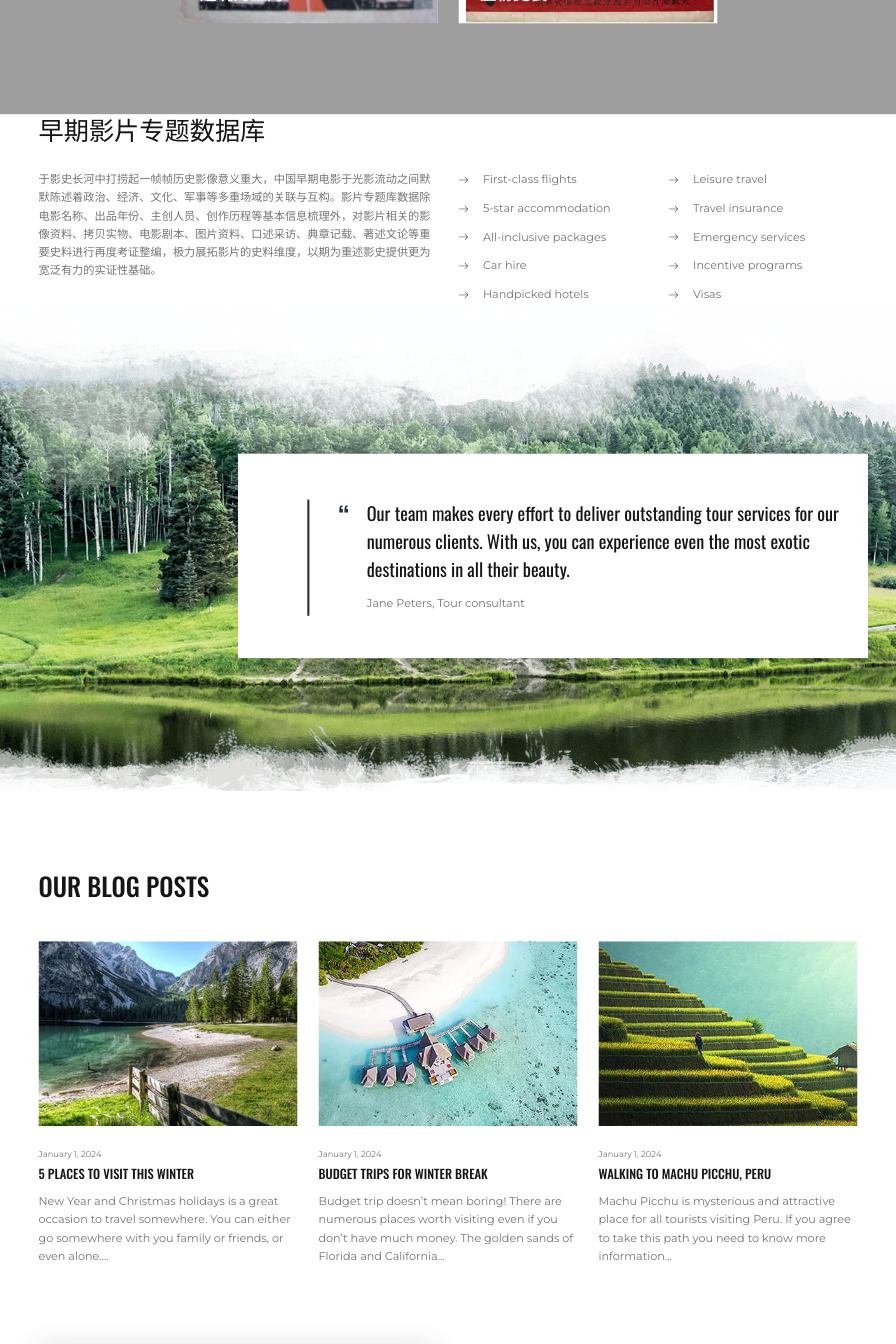
Repository: Jquarker/Modern-Film-Database
Page: index.html
An editor plug-in stored every save of this project. The page is shown before and after a run of saves, followed by the edit.
The browser window is 1280 px wide. The pictures show the part of the page from y = 3524 to 5444 px (the page is 5990 px tall before and 5959 px after), at 70% of full size.
Pictures or frames that could not be fetched are drawn as grey boxes.

Above is the page before, as saved 2025-02-21 11:45:21.

After the next 3 saves:
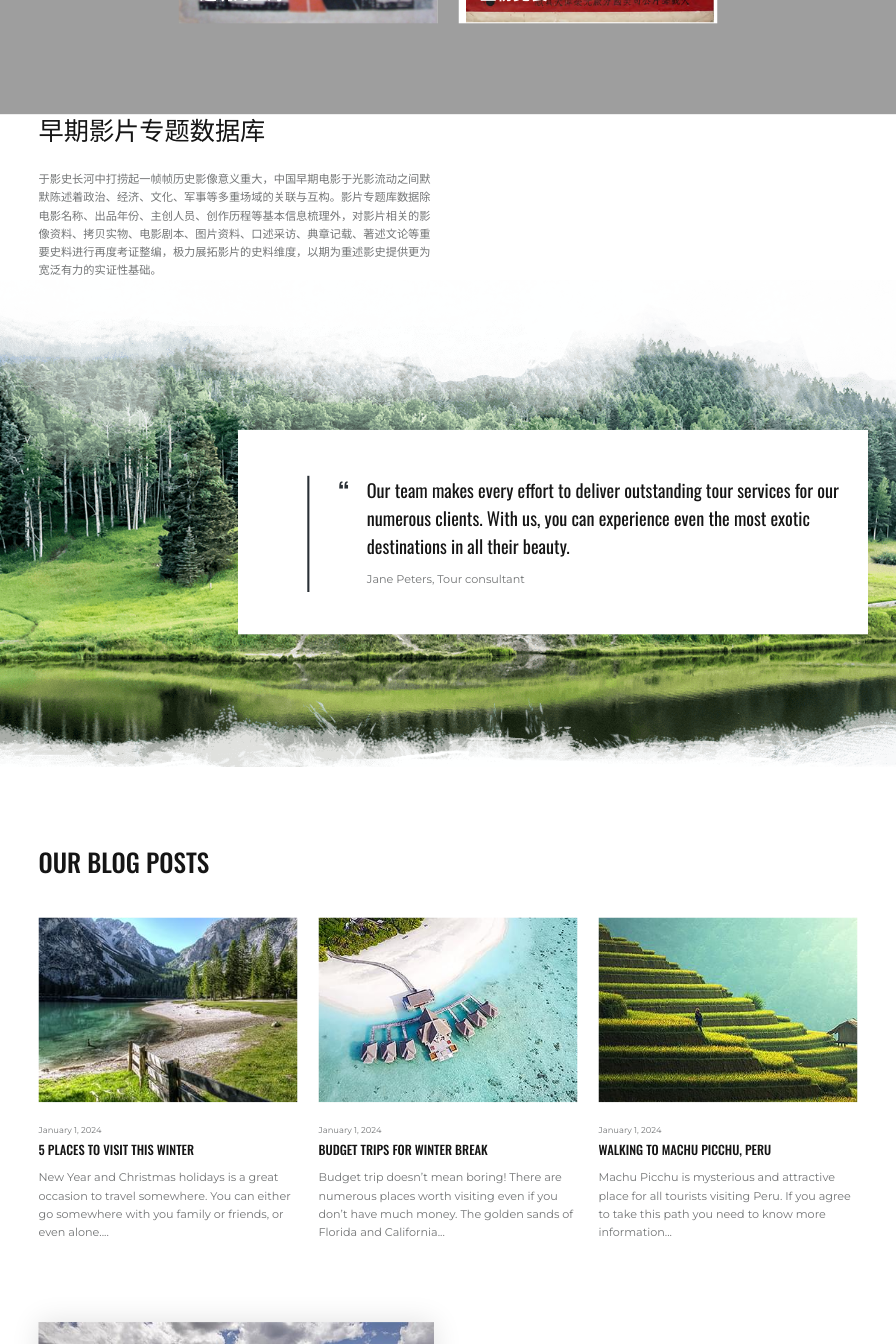
The 3 saves are shown as one change because they came seconds apart.
The last was saved 85 s later.
--- a/index.html
+++ b/index.html
@@ -245,22 +245,6 @@
             <div class="col-xl-6 wow fadeInLeft">
               <p>于影史长河中打捞起一帧帧历史影像意义重大，中国早期电影于光影流动之间默默陈述着政治、经济、文化、军事等多重场域的关联与互构。影片专题库数据除电影名称、出品年份、主创人员、创作历程等基本信息梳理外，对影片相关的影像资料、拷贝实物、电影剧本、图片资料、口述采访、典章记载、著述文论等重要史料进行再度考证整编，极力展拓影片的史料维度，以期为重述影史提供更为宽泛有力的实证性基础。</p>
             </div>
-            <div class="col-xl-3 col-sm-6 wow fadeInUp">
-              <ul class="list-marked">
-                <li>First-class flights</li>
-                <li>5-star accommodation</li>
-                <li>All-inclusive packages</li>
-                <li>Car hire</li>
-                <li>Handpicked hotels</li>
-              </ul>
-            </div>
-            <div class="col-xl-3 col-sm-6 wow fadeInUp">
-              <ul class="list-marked">
-                <li>Leisure travel</li>
-                <li>Travel insurance</li>
-                <li>Emergency services</li>
-                <li>Incentive programs</li>
-                <li>Visas</li>
               </ul>
             </div>
           </div>
